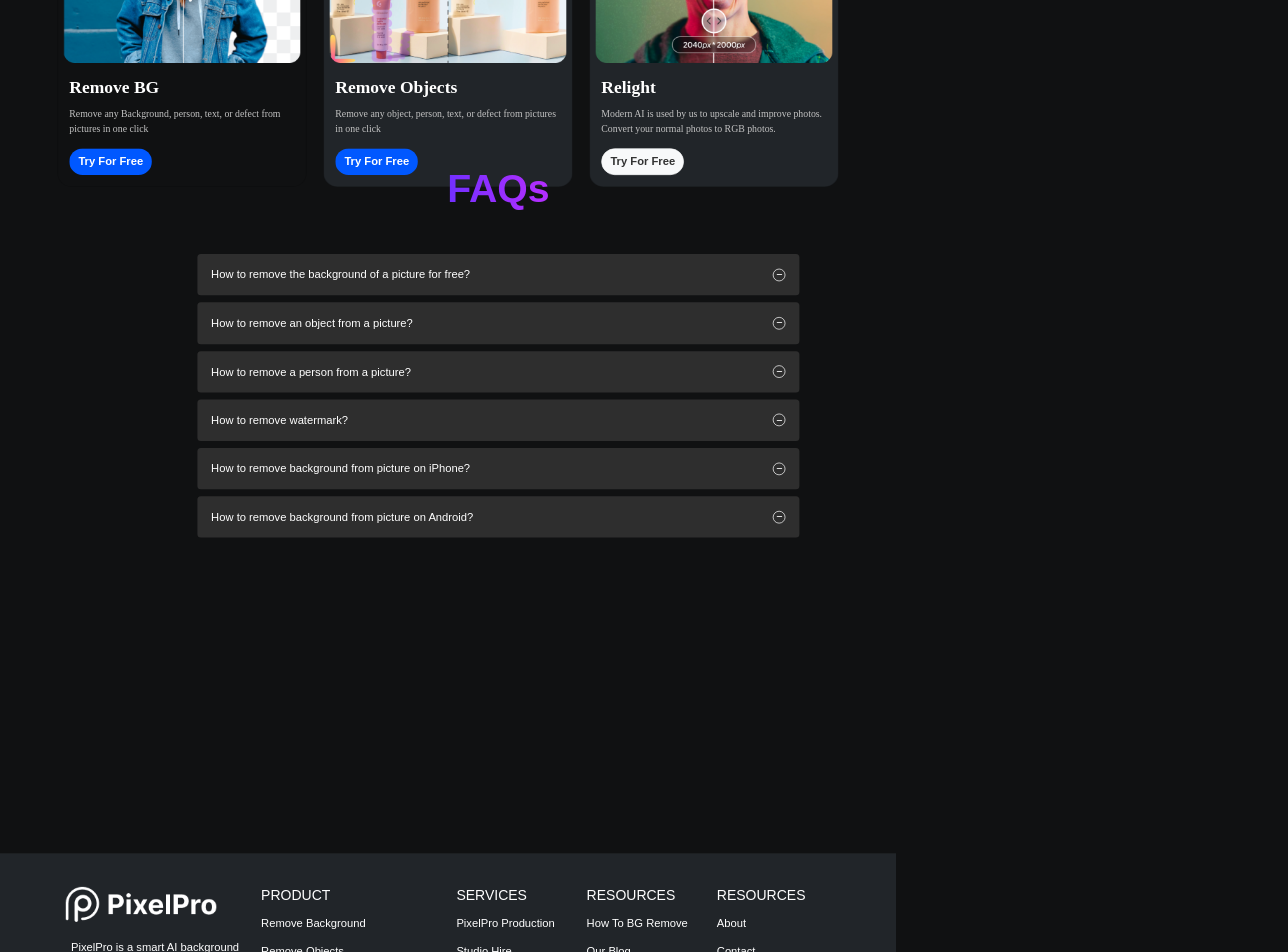
Repository: LuongTienThinh/lvh
Page: Relight Design/index.html
The author's editor kept a copy of each file at every save. The page is drawn from the files as they stood at one save, then again after the next save.
The browser window is 1280 px wide. The page is 1840 px wide, so the pictures cover 1840 px, including what lies to the right of the window. The pictures show the part of the page from y = 2880 to 4240 px (the page is 4491 px tall before and 4541 px after), at 70% of full size.
Some web fonts or font styles are not loaded; a fallback is used.

Above is the page before, as saved 2023-11-30 11:08:54.

### Relight Design/index.html
<!DOCTYPE html>
<html lang="en">
<head>
    <meta charset="UTF-8">
    <meta name="viewport" content="width=device-width, initial-scale=1.0">
    <link href="https://cdn.jsdelivr.net/npm/bootstrap@5.3.2/dist/css/bootstrap.min.css" rel="stylesheet">
    <link rel="stylesheet" href="https://cdnjs.cloudflare.com/ajax/libs/font-awesome/6.4.2/css/all.min.css" integrity="sha512-z3gLpd7yknf1YoNbCzqRKc4qyor8gaKU1qmn+CShxbuBusANI9QpRohGBreCFkKxLhei6S9CQXFEbbKuqLg0DA==" crossorigin="anonymous" referrerpolicy="no-referrer" />
    <link rel="stylesheet" href="./public/css/style.css">
    <title>Slide</title>
</head>
<body>
    <nav class="navbar navbar-expand p-3">
        <div class="container">
          <img class="Union_1" src="./img/Union.png" alt="" />
          <a class="navbar-brand text-white" href="#">PixelPro</a>
          <button
            class="navbar-toggler"
            type="button"
            data-bs-toggle="collapse"
            data-bs-target="#navbarNavDropdown"
            aria-controls="navbarNavDropdown"
            aria-expanded="false"
            aria-label="Toggle navigation"
          >
            <span class="navbar-toggler-icon"></span>
          </button>
          <div class="collapse navbar-collapse" id="navbarNavDropdown">
            <ul class="navbar-nav ms-auto">
              <li class="nav-item">
                <a
                  class="nav-link active mx-2 dropdown-toggle"
                  aria-current="page"
                  href="#"
                  id="navbarDropdownMenuLink"
                  role="button"
                  data-bs-toggle="dropdown"
                  aria-expanded="false"
                >
                  Product
                </a>
              </li>
              <li class="nav-item">
                <a class="nav-link mx-2" href="../Pricing Page Design/index.html">Pricing</a>
              </li>
              <li class="nav-item">
                <a class="nav-link mx-2" href="#">API</a>
              </li>
              <li class="nav-item">
                <a class="nav-link mx-2" href="../Blog Page Design/index.html">Blog</a>
              </li>
            </ul>
            <ul class="navbar-nav ms-auto d-none d-lg-inline-flex">
              <li class="nav-item mx-2">
                <button
                  style="border-radius: 20px"
                  type="button"
                  class="btn text-white btn-outline-secondary"
                >
                  Login
                </button>
              </li>
              <li class="nav-item mx-2">
                <button
                  style="border-radius: 20px"
                  type="button"
                  class="btn btn-light"
                >
                  Sign up for free
                </button>
              </li>
            </ul>
          </div>
        </div>
      </nav>
      <div class="container">
        <div class="row">
          <div class="col-md-8">
            <h1 class="upscale-denoise-and">
              Transform your images with easy
              <span class="text_Upscale">relighting</span> tools
            </h1>
            <div class="boderexam1">
              <div class="button">
                <img
                  class="img_veto"
                  src="./img/round-add-button (1).png"
                  alt=""
                />Upload Image
              </div>
              <p
                style="
                  color: rgba(195, 195, 195, 1);
                  margin-left: 260px;
                  margin-top: 10px;
                  font-size: 14px;
                "
              >
                Drop an image or paste
              </p>
            </div>

            <p class="h_1">No image? Try one of these:&#8595;</p>
            <img class="image_2" src="./img/Images.png" alt="" />
          </div>
          <div class="col-md-2">
            <img class="upload-image" src="./img/Header Image1.png" alt="" />
          </div>
        </div>
      </div>
      <div class="container">
        <div class="row">
          <div class="col-md-6">
            <img class="intas_2" src="./img/Image 2.png" alt="" />
          </div>
          <div class="col-md-5">
              <h2 class="md_h4">Light up your photos with <span class="Upscale">RGB effects</span></h2>
              <p class="md_p4">Enhancement has never been this simple, but with AI's assistance, it can be completed in a matter of seconds without the need for pricy tools.</p>
              <button class="btn_2">Relight Photo Now</button>
            </div>
          </div>
        </div>
      </div>
      <div class="container">
        <div class="row">
          <div class="col-md-6">
            <h2 class="mb_h3">Effortlessly Color Any Image with  <span class="Upscale_rgb">PixelPro!</span></h2>
              <p class="mb_p3">Enhancement has never been this simple, but with AI's assistance, it can be completed in a matter of seconds without the need for pricy tools.</p>
              <button class="btn_2">Relight Photo Now</button>
            </div>
            <div class="col-md-5">
            <img class="img_3" src="./img/Image3.png" alt="">
          </div>
          </div>
        </div>
        <div class="container">
          <div class="row">
            <div class="main-content">
              <h2 class="md_h5">Try Our Other <span class="text_proodus">Products</span></h2>
            </div>
          </div>
        </div>
        <div class="container">
          <div class="row">
            <div class="col-sm-4">
              <div class="card card-group" style="background: rgba(16, 17, 18, 1);border-radius: 20px;">
                  <img class="img-fluid" src="./img/Rectangle 53.png" alt="Card image cap" style="width:338px;margin-left:8px; margin-top:10px;" >
                  <div class="card-body">
                      <h4 class="card-title">Remove BG</h4>
                      <p class="card-text">Remove any Background, person, text, or defect from pictures in one click</p>
                      <a href="#" class="bg-light text-dark"></a>
                      <button style="border-radius: 20px; background:rgba(0, 88, 255, 1);color:#fff;" type="button" class="btn"><b>Try For Free</b></button>
                  </div>
              </div>
              </div>
              <div class="col-sm-4">
        <div class="card card-group bg-dark " style="border-radius: 20px;">
            <img class="img-fluid" src="./img/Rectangle 52.png" alt="Card image cap"  style="width:338px;margin-left:8px; margin-top:10px;">
            <div class="card-body">
                <h4 class="card-title">Remove Objects</h4>
                <p class="card-text">Remove any object, person, text, or defect from pictures in one click</p>
                <a href="#" class="bg-light text-dark"></a>
                <button style="border-radius: 20px; background:rgba(0, 88, 255, 1);color:#fff;"  type="button" class="btn"><b>Try For Free</b></button>
            </div>
        </div>
        </div>
        <div class="col-sm-4">
          <div class="card card-group bg-dark" style="border-radius: 20px;">
              <img class="img-fluid" src="./img/Rectangle 51.png" alt="Card image cap"  style="width:338px;margin-left:8px; margin-top:10px;">
              <div class="card-body">
                  <h4 class="card-title">Relight</h4>
                  <p class="card-text">Modern AI is used by us to upscale and improve photos. Convert your normal photos to RGB photos.</p>
                  <a href="#" class="bg-light text-dark"></a>
                  <button style="color:#333;border-radius: 20px;" type="button" class="btn btn-light"><b>Try For Free</b></button>
          </div>
          </div>
        </div>
        </div>
        </div>
        <section>
          <div class="container" style="margin-top:250px; margin-left:700px">
    <div class="faqs">
        <h2 class="title">FAQs</h2>
        <div class="accordion" id="accordionPanelsStayOpenExample">
            <div class="accordion-item">
                <h2 class="accordion-header">
                    <button class="accordion-btn" type="button" data-bs-toggle="collapse" data-bs-target="#panelsStayOpen-collapseOne" aria-expanded="true" aria-controls="panelsStayOpen-collapseOne">
                        <div class="content">
                            <div class="top-content">
                                <div class="sub-title">How to remove the background of a picture for free?</div>
                                <div class="icon">
                                    <i class="btn-icon fa-solid fa-minus"></i>
                                </div>
                            </div>
                            <div id="panelsStayOpen-collapseOne" class="accordion-collapse collapse">
                                To remove the background of a picture, go to PixelPro.co/remove-background, and upload your image. PixelPro will remove the background for you, and you will be able to download your HD image for free.
                            </div>
                        </div>
                    </button>
                </h2>
            </div>
            <div class="accordion-item">
                <h2 class="accordion-header">
                    <button class="accordion-btn" type="button" data-bs-toggle="collapse" data-bs-target="#panelsStayOpen-collapseTwo" aria-expanded="true" aria-controls="panelsStayOpen-collapseTwo">
                        <div class="content">
                            <div class="top-content">
                                <div class="sub-title">How to remove an object from a picture?</div>
                                <div class="icon">
                                    <i class="btn-icon fa-solid fa-minus"></i>
                                </div>
                            </div>
                            <div id="panelsStayOpen-collapseTwo" class="accordion-collapse collapse">
                                To remove the background of a picture, go to PixelPro.co/remove-background, and upload your image. PixelPro will remove the background for you, and you will be able to download your HD image for free.
                            </div>
                        </div>
                    </button>
                </h2>
            </div>
            <div class="accordion-item">
                <h2 class="accordion-header">
                    <button class="accordion-btn" type="button" data-bs-toggle="collapse" data-bs-target="#panelsStayOpen-collapseThree" aria-expanded="true" aria-controls="panelsStayOpen-collapseThree">
                        <div class="content">
                            <div class="top-content">
                                <div class="sub-title">How to remove a person from a picture?</div>
                                <div class="icon">
                                    <i class="btn-icon fa-solid fa-minus"></i>
                                </div>
                            </div>
                            <div id="panelsStayOpen-collapseThree" class="accordion-collapse collapse">
                                To remove the background of a picture, go to PixelPro.co/remove-background, and upload your image. PixelPro will remove the background for you, and you will be able to download your HD image for free.
                            </div>
                        </div>
                    </button>
                </h2>
            </div>
            <div class="accordion-item">
                <h2 class="accordion-header">
                    <button class="accordion-btn" type="button" data-bs-toggle="collapse" data-bs-target="#panelsStayOpen-collapseFour" aria-expanded="true" aria-controls="panelsStayOpen-collapseFour">
                        <div class="content">
                            <div class="top-content">
                                <div class="sub-title">How to remove watermark?</div>
                                <div class="icon">
                                    <i class="btn-icon fa-solid fa-minus"></i>
                                </div>
                            </div>
                            <div id="panelsStayOpen-collapseFour" class="accordion-collapse collapse">
                                To remove the background of a picture, go to PixelPro.co/remove-background, and upload your image. PixelPro will remove the background for you, and you will be able to download your HD image for free.
                            </div>
                        </div>
                    </button>
                </h2>
            </div>
            <div class="accordion-item">
                <h2 class="accordion-header">
                    <button class="accordion-btn" type="button" data-bs-toggle="collapse" data-bs-target="#panelsStayOpen-collapseFive" aria-expanded="true" aria-controls="panelsStayOpen-collapseFive">
                        <div class="content">
                            <div class="top-content">
                                <div class="sub-title">How to remove background from picture on iPhone?</div>
                                <div class="icon">
                                    <i class="btn-icon fa-solid fa-minus"></i>
                                </div>
                            </div>
                            <div id="panelsStayOpen-collapseFive" class="accordion-collapse collapse">
                                To remove the background of a picture, go to PixelPro.co/remove-background, and upload your image. PixelPro will remove the background for you, and you will be able to download your HD image for free.
                            </div>
                        </div>
                    </button>
                </h2>
            </div>
            <div class="accordion-item">
                <h2 class="accordion-header">
                    <button class="accordion-btn" type="button" data-bs-toggle="collapse" data-bs-target="#panelsStayOpen-collapseSix" aria-expanded="true" aria-controls="panelsStayOpen-collapseSix">
                        <div class="content">
                            <div class="top-content">
                                <div class="sub-title">How to remove background from picture on Android?</div>
                                <div class="icon">
                                    <i class="btn-icon fa-solid fa-minus"></i>
                                </div>
                            </div>
                            <div id="panelsStayOpen-collapseSix" class="accordion-collapse collapse">
                                To remove the background of a picture, go to PixelPro.co/remove-background, and upload your image. PixelPro will remove the background for you, and you will be able to download your HD image for free.
                            </div>
                        </div>
                    </button>
                </h2>
            </div>
        </div>
    </div>
</div>
</section>
<footer class="w-100 bg-dark"  style="margin-top: 100px;">
  <div  class="text-center text-lg-start text-white">
    <div class="container p-4">
      <div class="row my-4">
        <div class="col-lg-3 col-md-6 mb-4 mb-md-0">
          <div class="  align-items-center mb-4 mx-auto" >
            <img src="./img/Union logo.png"
            width: 215px
            height: 50px
            top: 100px
            left: 135px
             alt=""/>
          </div>
          <p class="text-center">PixelPro is a smart AI background removal and image editor tool that lets you edit single or bulk images with precision.</p>
          <ul class="list-unstyled d-flex flex-row justify-content-center">
            <li>
              <a class="text-white px-2" href="#!">
                <img src="./img/Icon 1.svg" alt="">
              </a>
            </li>
            <li>
              <a class="text-white px-2" href="#!">
               <img src="./img/Icon 2.svg" alt="">
              </a>
            </li>
            <li>
              <a class="text-white ps-2" href="#!">
               <img src="./img/Icon 3.svg" alt="">
              </a>
            </li>
            <li>
              <a class="text-white ps-2" href="#!">
               <img src="./img/Icon 4.svg" alt="">
              </a>
            </li>
            <li>
              <a class="text-white ps-2" href="#!">
               <img src="./img/Vector 5.svg" alt="">
              </a>
            </li>
          </ul>

        </div>
        <div class="col-lg-3 col-md-4 mb-8 mb-md-0">
          <h5 class="text-uppercase mb-3">Product</h5>

          <ul class="list-unstyled">
            <li class="mb-2">
              <p class="text-white"><i class=""></i>Remove Background</p>
            </li>
            <li class="mb-2">
              <p href="#!" class="text-white"><i class=""></i> Remove Objects</p>
            </li>
            <li class="mb-2">
              <p href="#!" class="text-white"><i class=""></i>Upscale</p>
            </li>
            <li class="mb-2">
              <p href="#!" class="text-white"><i class=""></i>Pricing</p>
            </li>
            <li class="mb-2">
              <p href="#!" class="text-white"><i class=""></i>API Docs</i>
            </li>
          </ul>
        </div>
        <div class="col-lg-2 col-md-3 mb-6 mb-md-0">
          <h5 class="text-uppercase mb-3">Services</h5>

          <ul class="list-unstyled">
            <li class="mb-2">
              <p href="#!" class="text-white"><i class=""></i>PixelPro Production</p>
            </li>
            <li class="mb-2">
              <p href="#!" class="text-white"><i class=""></i>Studio Hire</p>
            </li>
            <li class="mb-2">
              <p href="#!" class="text-white"><i class=""></i>Affiliate Program</p>
            </li>
            <li class="mb-2">
              <p href="#!" class="text-white"><i class=""></i>Request a Quote</p>
            </li>
          </ul>
        </div>
        <div class="col-lg-2 col-md-3 mb-6 mb-md-0">
          <h5 class="text-uppercase mb-3">Resources</h5>

          <ul class="list-unstyled">
            <li>
              <p><i class=""></i>How To BG Remove</p>
            </li>
            <li>
              <p><i class=""></i>Our Blog</p>
            </li>
            <li>
              <p><i class=""></i>Help Center</p>
            </li>
          </ul>
        </div>
        <div class="col-lg-2 col-md-3 mb-6 mb-md-0">
          <h5 class="text-uppercase mb-3">Resources</h5>

          <ul class="list-unstyled">
            <li>
              <li class="mb-2">
                <p href="#!" class="text-white"><i class=""></i>About</p>
              </li>
              <li class="mb-2">
                <p href="#!" class="text-white"><i class=""></i>Contact</p>
              </li>
              <li class="mb-2">
                <p href="#!" class="text-white"><i class=""></i>Privacy</p>
              </li>
              <li class="mb-2">
                <p href="#!" class="text-white"><i class=""></i>Terms</p>
              </li>
              <li class="mb-2">
                <p href="#!" class="text-white"><i class=""></i>Cookies</p>
              </li>
            </ul>
          </ul>
        </div>
      </div>
    </div>
    <div class="text-center p-3"">
       Copyright 2023 ©uihut.com
    </div>
  </footer>
</div>
</div>
</div>
</body></html>












<script
src="https://cdn.jsdelivr.net/npm/@popperjs/core@2.11.8/dist/umd/popper.min.js"
integrity="sha384-I7E8VVD/ismYTF4hNIPjVp/Zjvgyol6VFvRkX/vR+Vc4jQkC+hVqc2pM8ODewa9r"
crossorigin="anonymous"
></script>
<script
src="https://cdn.jsdelivr.net/npm/bootstrap@5.3.1/dist/js/bootstrap.min.js"
integrity="sha384-Rx+T1VzGupg4BHQYs2gCW9It+akI2MM/mndMCy36UVfodzcJcF0GGLxZIzObiEfa"
crossorigin="anonymous"
></script>
<script
src="https://cdn.jsdelivr.net/npm/bootstrap@5.3.1/dist/js/bootstrap.bundle.min.js"
integrity="sha384-HwwvtgBNo3bZJJLYd8oVXjrBZt8cqVSpeBNS5n7C8IVInixGAoxmnlMuBnhbgrkm"
crossorigin="anonymous"
></script>
    <script src="./public/js/index.js"></script>
    <script src="https://cdn.jsdelivr.net/npm/bootstrap@5.3.2/dist/js/bootstrap.bundle.min.js"></script>
</body>
</html>

Loaded but not shown: Relight Design/public/js/index.js (11 lines, source omitted); Relight Design/public/css/style.css (386 lines, source omitted)

After the next save:
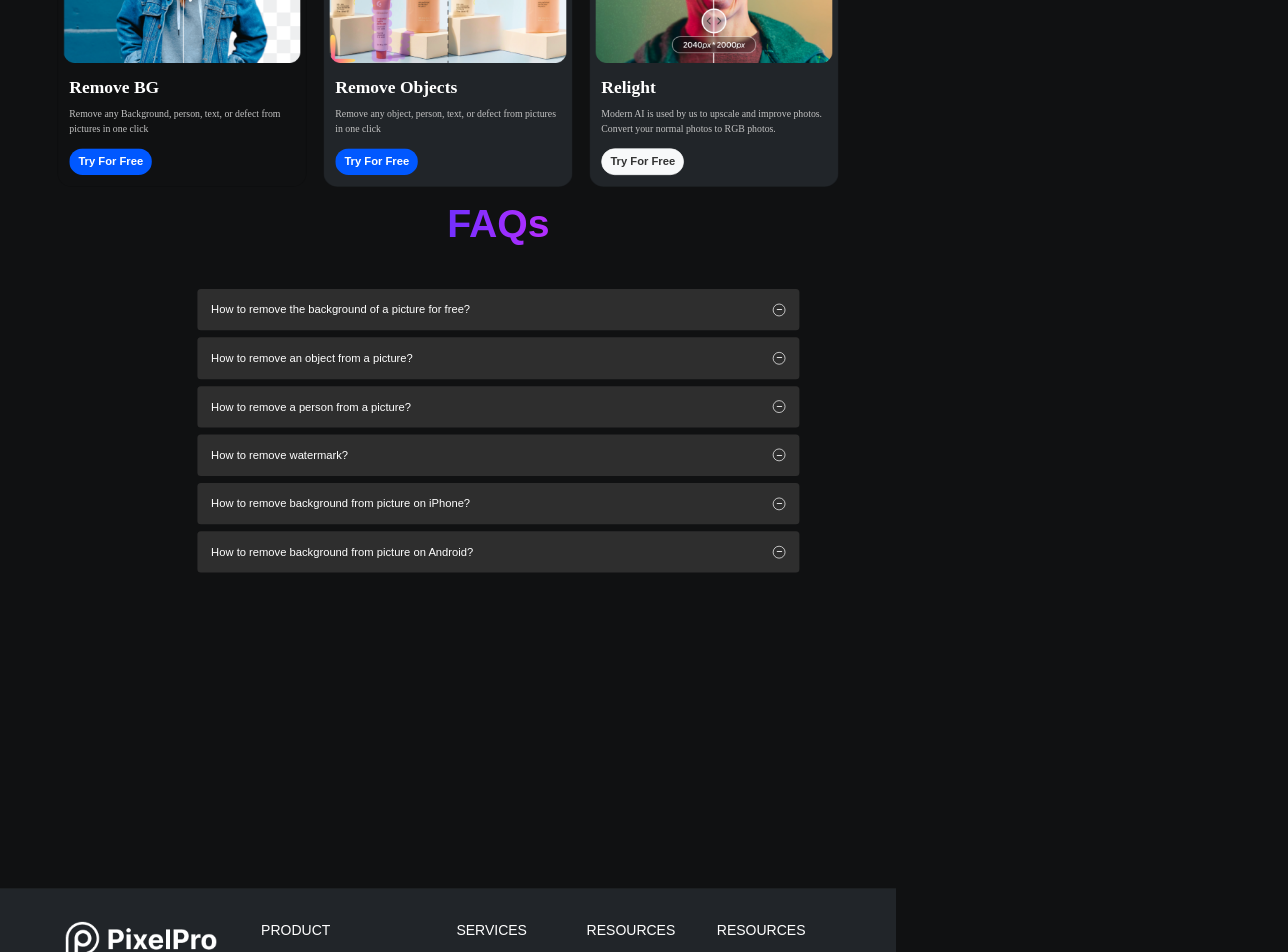
Saved 8 s later.
--- a/Relight Design/index.html
+++ b/Relight Design/index.html
@@ -177,7 +177,7 @@
         </div>
         </div>
         <section>
-          <div class="container" style="margin-top:250px; margin-left:700px">
+          <div class="container" style="margin-top:300px; margin-left:700px">
     <div class="faqs">
         <h2 class="title">FAQs</h2>
         <div class="accordion" id="accordionPanelsStayOpenExample">
